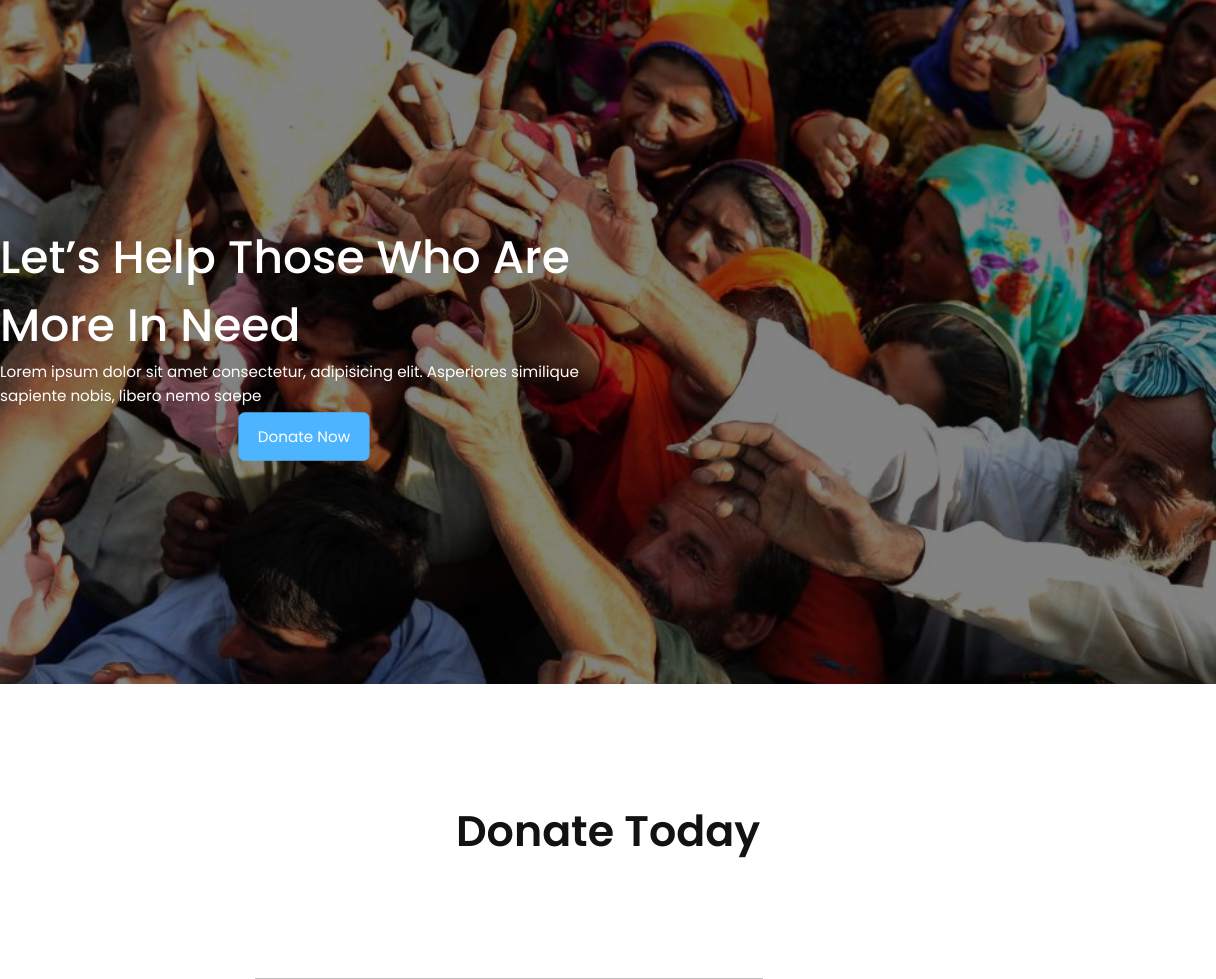
Repository: mdrubel02/donate-website
Page: index.html
These files come from the project's save history. The page is drawn as it stood at one moment and after the next save; the edit follows.
The browser window is 1280 px wide. The pictures show the whole page, at 95% of full size.

Above is the page before, as saved 2022-07-06 12:44:56.

After the next save:
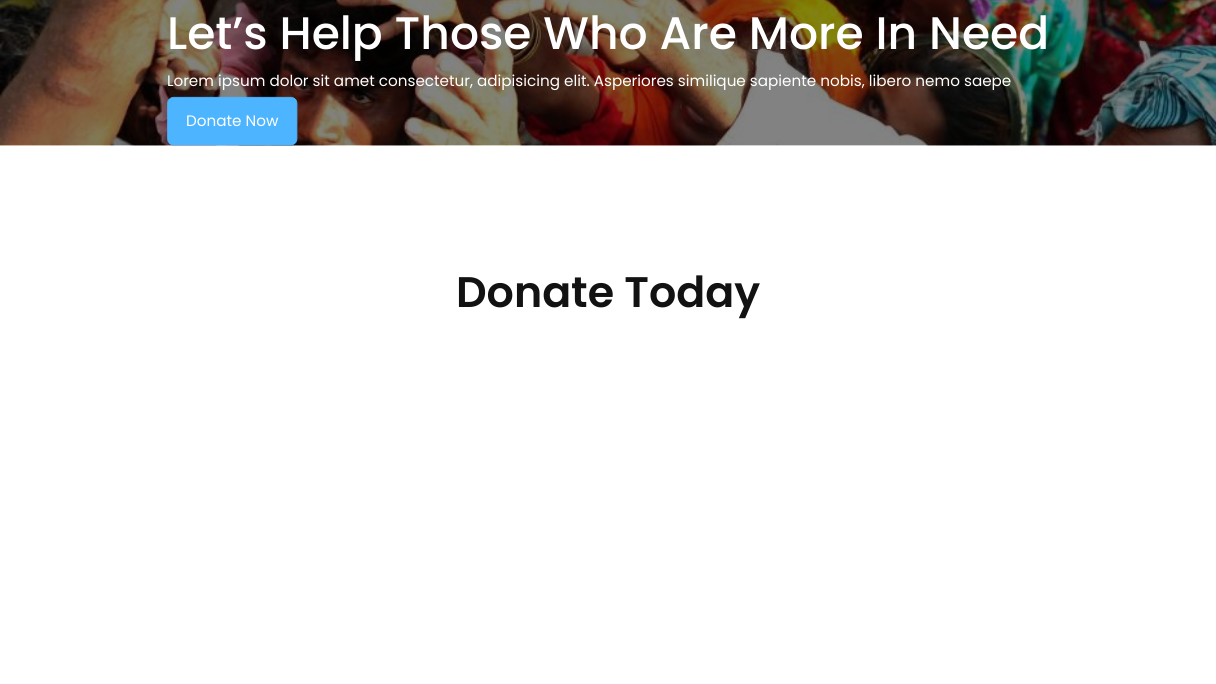
Saved 90 s later.
--- a/index.css
+++ b/index.css
@@ -96,6 +96,11 @@ hr {
     width: 100%;
     position: relative;
     z-index: 1;
+    display: flex;
+    flex-direction: column;
+    height: 100%;
+    justify-content: center;
+    align-items: center;
 
 }
 
@@ -112,13 +117,9 @@ hr {
 }
 
 .banner-content {
-    display: flex;
-    flex-direction: column;
-    height: 100%;
-    justify-content: center;
-    align-items: center;
 
-    width: 50%;
+
+
 
 }
 
